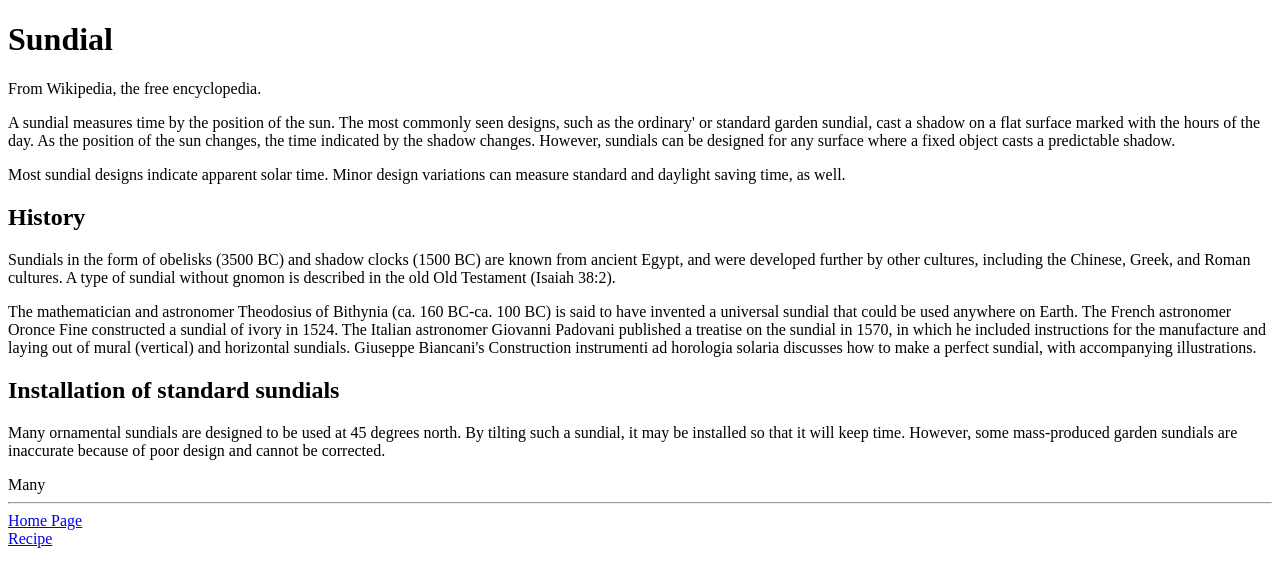
Repository: 10-1-pursuit/lab-intro-to-html
Page: sundial/index.html
These files come from the project's save history. The page is drawn as it stood at one moment and after the next save; the edit follows.
The browser window is 1280 px wide. The pictures show the whole page.

Above is the page before, as saved 2023-06-14 03:46:05.

After the next save:
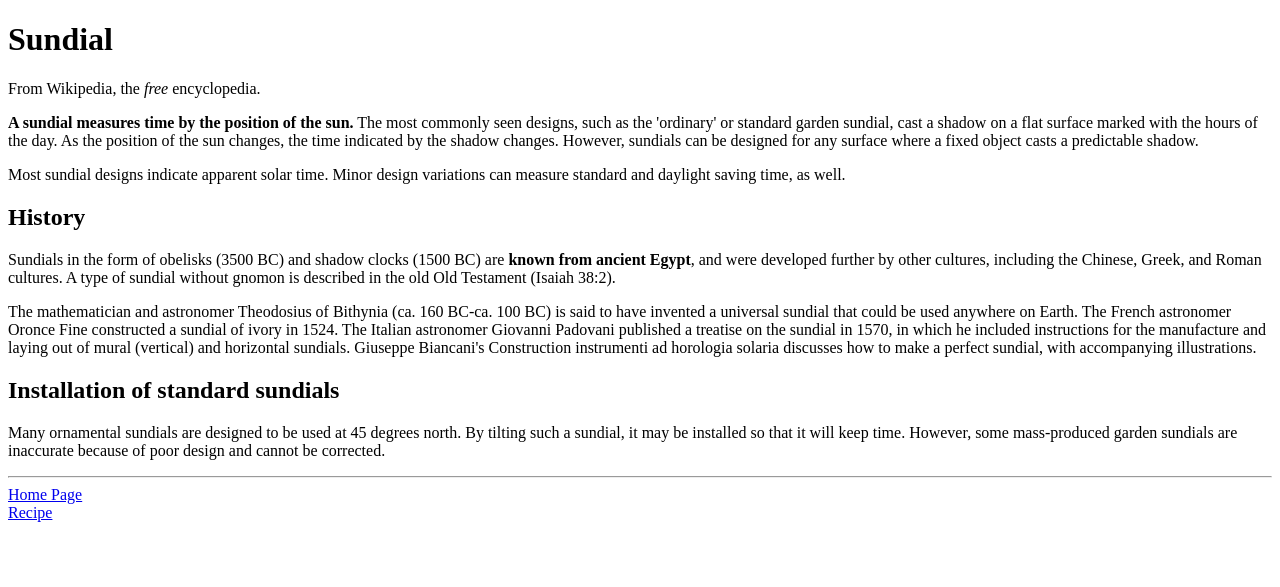
Saved 109 s later.
--- a/sundial/index.html
+++ b/sundial/index.html
@@ -7,15 +7,15 @@
   </head>
   <body>
     <h1>Sundial</h1>
-    <p>From Wikipedia, the free encyclopedia.</p>
+    <p>From Wikipedia, the <em>free</em> encyclopedia.</p>
     <div>
       <p>
-        A sundial measures time by the position of the sun. The most commonly
-        seen designs, such as the ordinary' or standard garden sundial, cast a
-        shadow on a flat surface marked with the hours of the day. As the
-        position of the sun changes, the time indicated by the shadow changes.
-        However, sundials can be designed for any surface where a fixed object
-        casts a predictable shadow.
+        <strong>A sundial measures time by the position of the sun.</strong> The
+        most commonly seen designs, such as the 'ordinary' or standard garden
+        sundial, cast a shadow on a flat surface marked with the hours of the
+        day. As the position of the sun changes, the time indicated by the
+        shadow changes. However, sundials can be designed for any surface where
+        a fixed object casts a predictable shadow.
       </p>
       <p>
         Most sundial designs indicate apparent solar time. Minor design
@@ -26,10 +26,10 @@
       <h2>History</h2>
       <p>
         Sundials in the form of obelisks (3500 BC) and shadow clocks (1500 BC)
-        are known from ancient Egypt, and were developed further by other
-        cultures, including the Chinese, Greek, and Roman cultures. A type of
-        sundial without gnomon is described in the old Old Testament (Isaiah
-        38:2).
+        are <strong>known from ancient Egypt</strong>, and were developed
+        further by other cultures, including the Chinese, Greek, and Roman
+        cultures. A type of sundial without gnomon is described in the old Old
+        Testament (Isaiah 38:2).
       </p>
       <p>
         The mathematician and astronomer Theodosius of Bithynia (ca. 160 BC-ca.
@@ -52,8 +52,6 @@
         poor design and cannot be corrected.
       </p>
     </div>
-
-    Many
     <hr />
     <nav>
       <a href="./index.html">Home Page</a>
